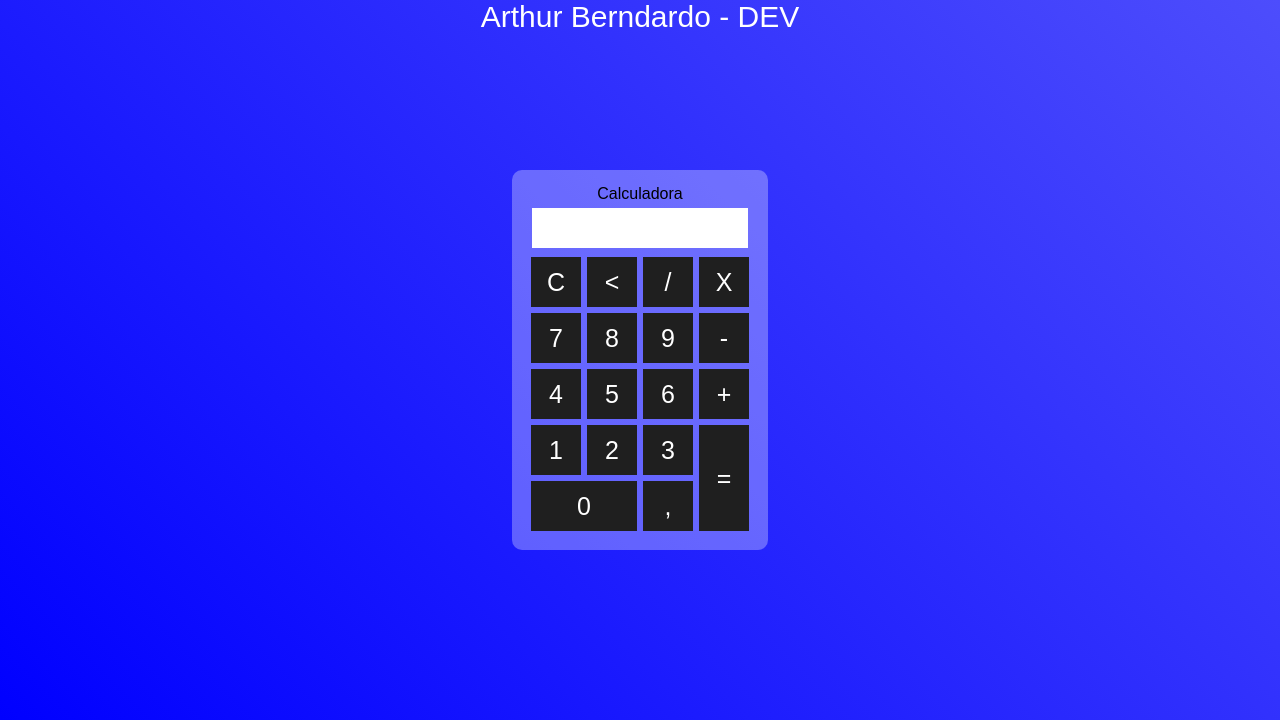
Repository: oThurDev/calculadora
Page: calculadora.html
The author's editor kept a copy of each file at every save. The page is drawn from the files as they stood at one save, then again after the next save.
The browser window is 1280 px wide. The pictures show the whole page.

Above is the page before, as saved 2022-02-25 16:44:52.

### calculadora.html
<!DOCTYPE html>
<html lang="en">
<head>
    <meta charset="UTF-8">
    <meta name="viewport" content="width=device-width, initial-scale=1.0">
    <link rel="stylesheet" href="style_calculadora.css">
    <script src="./functions.js"></script>
    <title>Calculadora</title>
</head>
<body>
    <div class="fundo">
        <span class="title">Arthur Berndardo - DEV</span>
        <div class="calculadora">
            <span>Calculadora</span>
            <p id="resultado"></p>
            <table>
                <tr>
                    <td><button class="botao" onclick="clean()">C</button></td>
                    <td><button class="botao" onclick="back()"><</button></td>
                    <td><button class="botao" onclick="insert('/')">/</button></td>
                    <td><button class="botao" onclick="insert('*')">X</button></td>
                </tr>
                <tr>
                    <td><button class="botao" onclick="insert('7')">7</button></td>
                    <td><button class="botao" onclick="insert('8')">8</button></td>
                    <td><button class="botao" onclick="insert('9')">9</button></td>
                    <td><button class="botao" onclick="insert('-')">-</button></td>
                </tr>
                <tr>
                    <td><button class="botao" onclick="insert('4')">4</button></td>
                    <td><button class="botao" onclick="insert('5')">5</button></td>
                    <td><button class="botao" onclick="insert('6')">6</button></td>
                    <td><button class="botao" onclick="insert('+')">+</button></td>
                </tr>
                <tr>
                    <td><button class="botao" onclick="insert('1')">1</button></td>
                    <td><button class="botao" onclick="insert('2')">2</button></td>
                    <td><button class="botao" onclick="insert('3')">3</button></td>
                    <td rowspan="2"><button class="botao" style="height: 106px;" onclick="calcular()">=</button></td>
                </tr>
                <tr>
                    <td colspan="2"><button class="botao" style="width: 106px;" onclick="insert('0')">0</button></td>
                    <td><button class="botao" onclick="insert(',')">,</button></td>
                </tr>
            </table>
        </div>
    </div>
</body>
</html>

### style_calculadora.css
*{
    margin: 0;
    padding: 0;
}

.fundo{
    background-image: linear-gradient(45deg, blue, rgb(77, 77, 252));
    height: 100vh;
    color: black;
    font-family: Arial, Helvetica, sans-serif;
    text-align: center;
}

.title{
    font-size: 30px;
    color: white;
}

.calculadora{
    position: absolute;
    background-color: rgba(255, 255, 255, 0.3);
    top: 50%;
    left: 50%;
    transform: translate(-50%, -50%);
    border-radius: 10px;
    padding: 15px;
}

.botao{
    width: 50px;
    height: 50px;
    font-size: 25px;
    cursor: pointer;
    background-color: rgb(31, 31, 31);
    border: none;
    color: white;
    margin: 2px;
}

.botao:hover{
    background-color: black;
}

#resultado{
    background-color: white;
    height: 30px;
    margin: 5px;
    font-size: 20px;
    text-align: right;
    padding: 5px;
}

### functions.js
function insert(num)
{
    var numero = document.getElementById('resultado').innerHTML;
    document.getElementById('resultado').innerHTML = numero + num;
}

function clean()
{
    document.getElementById('resultado').innerHTML = "";
}

function back()
{
    var resultado = document.getElementById('resultado').innerHTML;
    document.getElementById('resultado').innerHTML = resultado.substring(0, resultado.length -1)
}

function calcular()
{
    var resultado = document.getElementById('resultado').innerHTML;
    if(resultado)
    {
        document.getElementById('resultado').innerHTML = eval(resultado)
    }
    else
    {
        document.getElementById('resultado').innerHTML = 'nada para calcular'
    }
}

After the next save:
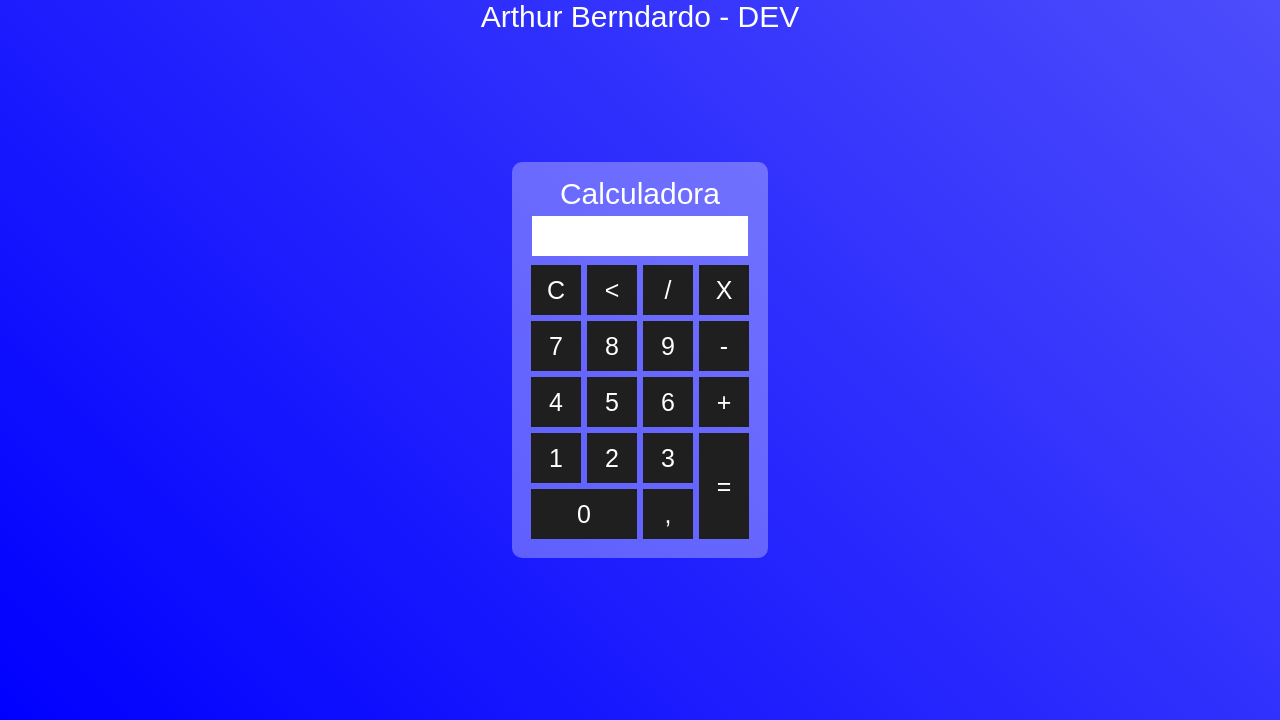
Saved 41 s later.
--- a/style_calculadora.css
+++ b/style_calculadora.css
@@ -9,11 +9,11 @@
     color: black;
     font-family: Arial, Helvetica, sans-serif;
     text-align: center;
-}
 
-.title{
-    font-size: 30px;
-    color: white;
+    span{
+        font-size: 30px;
+        color: white;
+    }
 }
 
 .calculadora{

After the save that followed:
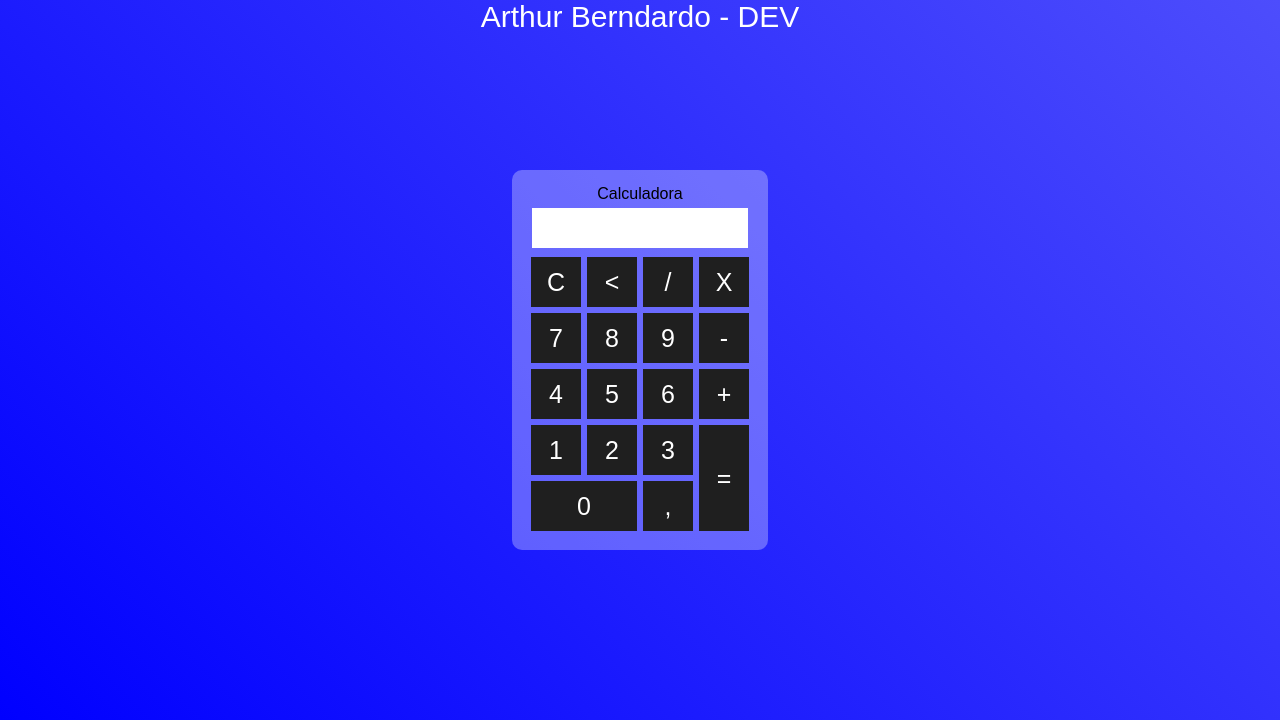
Saved 13 s later.
--- a/style_calculadora.css
+++ b/style_calculadora.css
@@ -9,11 +9,11 @@
     color: black;
     font-family: Arial, Helvetica, sans-serif;
     text-align: center;
+}
 
-    span{
-        font-size: 30px;
-        color: white;
-    }
+.title{
+    font-size: 30px;
+    color: white;
 }
 
 .calculadora{
